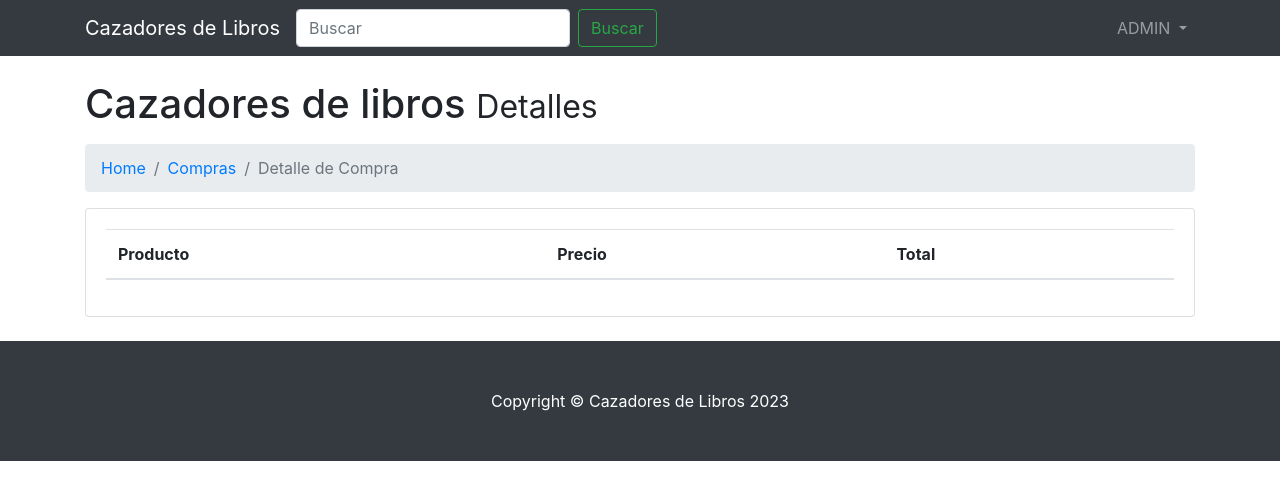
Repository: isaaccalderon89/TFG
Page: http://localhost/administrador/detalleorden
An editor plug-in stored every save of this project. The page is shown before and after the next save, followed by the edit.
The browser window is 1280 px wide. The pictures show the whole page.
The page is this project's Thymeleaf template; nobody is signed in. Other server files are loaded and not shown. The template is opened directly, without the code that normally fills it, so the values that code supplies are empty.

Above is the page before, as saved 2023-05-29 16:57:36.

### CazadoresLibros/cazadoreslibros/src/main/resources/templates/administrador/detalleorden.html
<!DOCTYPE html>
<html lang="es" xmlns:th="http://www.thymeleaf.org">

<head>

  <meta charset="utf-8">
  <meta name="viewport" content="width=device-width, initial-scale=1, shrink-to-fit=no">
  <meta name="description" content="">
  <meta name="author" content="">

  <title>Cazadores de libros</title>


  <!-- Bootstrap core CSS -->
  <link th:href="@{/vendor/bootstrap/css/bootstrap.min.css}" rel="stylesheet">

  <!-- Custom styles for this template -->
  <link th:href="@{/css/heroic-features.css}" rel="stylesheet">

</head>

<body>

  <!-- Navigation -->
	<div th:include="administrador/template_admin.html::header"></div>

    <!-- Page Content -->
    <div class="container">


      <!-- Page Heading/Breadcrumbs -->
      <h1 class="mt-4 mb-3">
        Cazadores de libros <small>Detalles</small>
      </h1>

      <ol class="breadcrumb">
        <li class="breadcrumb-item"><a href="index.html">Home</a></li>
        <li class="breadcrumb-item"><a href="compras.html">Compras</a></li>
        <li class="breadcrumb-item active">Detalle de Compra</li>
      </ol>

      <!-- Blog Post -->
      <div class="card mb-4">
        <div class="card-body">
          <div class="row">
           <div class="col-lg-12">
            <table class="table">
              <thead>
                <tr>
                  <th scope="col">Producto</th>
                  <th scope="col">Precio</th>
                  <th scope="col">Total</th>
                </tr>
              </thead>
              <tbody>
                <tr th:each="detalle:${detalles}">
                <td th:text="${detalle.cantidad}"></td>
                  <td th:text="${detalle.titulo}"></td>
                  <td th:text="${detalle.precio}"></td>
                  <td th:text="${detalle.total}"></td>
                </tr>
              </tbody>
            </table>
          </div>
        </div>
      </div>
    </div>
  </div>
  <!-- /.container -->

  <!-- Footer -->
    <div th:include="administrador/template_admin.html::footer"></div>

    <!-- Bootstrap core JavaScript -->
    <script th:src="@{/vendor/jquery/jquery.min.js}"></script>
    <script th:src="@{/vendor/bootstrap/js/bootstrap.bundle.min.js}"></script>

</body>

</html>

### CazadoresLibros/cazadoreslibros/src/main/resources/templates/administrador/template_admin.html


  <!-- Navigation -->
  <div th:fragment="header">
    <nav class="navbar navbar-expand-lg navbar-dark bg-dark fixed-top">
    <div class="container">
      <a class="navbar-brand" th:href="@{/administrador}">Cazadores de Libros</a>

      <form class="form-inline my-2 my-lg-0" method="post"
      action="#">
      <input class="form-control mr-sm-2" type="search"
      placeholder="Buscar" aria-label="Search" name="nombre"
      autocomplete="off">
      <button class="btn btn-outline-success my-2 my-sm-0" type="submit">Buscar</button>
    </form>


    <button class="navbar-toggler" type="button" data-toggle="collapse" data-target="#navbarResponsive" aria-controls="navbarResponsive" aria-expanded="false" aria-label="Toggle navigation">
      <span class="navbar-toggler-icon"></span>
    </button>
    <div class="collapse navbar-collapse" id="navbarResponsive">
      <ul class="navbar-nav ml-auto">
<li class="nav-item dropdown"><a
							class="nav-link dropdown-toggle" href="#"
							id="navbarDropdownMenuLink" role="button" data-toggle="dropdown"
							aria-haspopup="true" aria-expanded="false"> ADMIN </a>
							<div class="dropdown-menu"
								aria-labelledby="navbarDropdownMenuLink">
								<a class="dropdown-item" th:href="@{/libros}">Libros</a>
								<a class="dropdown-item" th:href="@{/administrador/usuarios}">Usuarios</a>
								<a class="dropdown-item" th:href="@{/administrador/ordenes}">Ordenes</a>
								<a class="dropdown-item" th:href="@{/usuario/cerrar}">Salir</a>
							</div></li>
          </ul>
        </div>
      </div>
    </nav>

  </div>



    <!-- Footer -->
    <div th:fragment="footer">
     <footer class="py-5 bg-dark">
      <div class="container">
        <p class="m-0 text-center text-white">Copyright &copy; Cazadores de Libros 2023</p>
      </div>
      <!-- /.container -->
    </footer>
    </div>

Loaded but not shown: CazadoresLibros/cazadoreslibros/src/main/resources/static/css/heroic-features.css (common file)

After the next save:
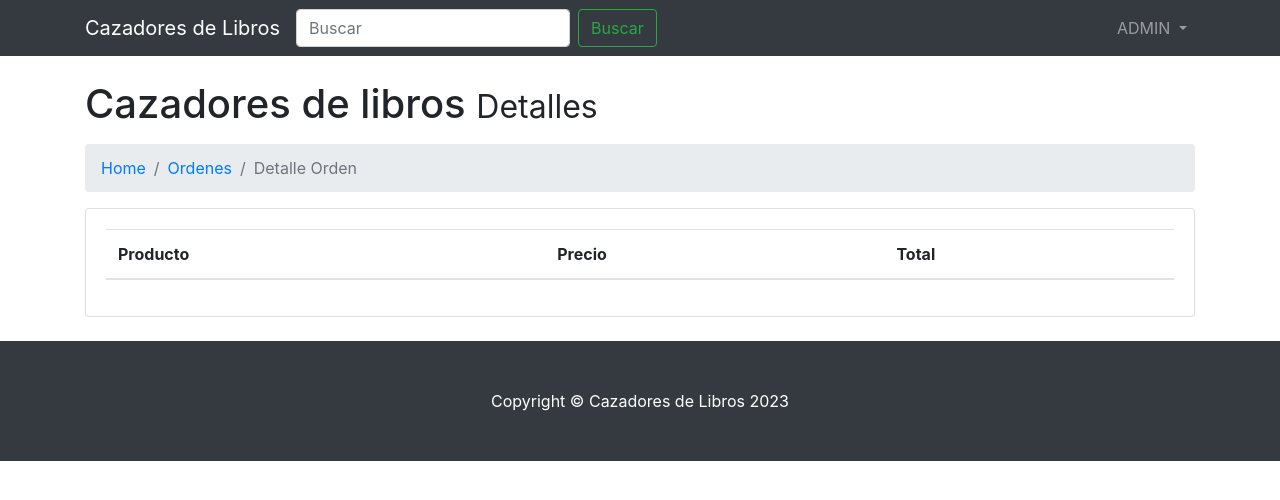
Saved 6 min 3 s later.
--- a/CazadoresLibros/cazadoreslibros/src/main/resources/templates/administrador/detalleorden.html
+++ b/CazadoresLibros/cazadoreslibros/src/main/resources/templates/administrador/detalleorden.html
@@ -34,9 +34,9 @@
       </h1>
 
       <ol class="breadcrumb">
-        <li class="breadcrumb-item"><a href="index.html">Home</a></li>
-        <li class="breadcrumb-item"><a href="compras.html">Compras</a></li>
-        <li class="breadcrumb-item active">Detalle de Compra</li>
+        <li class="breadcrumb-item"><a th:href="@{/}">Home</a></li>
+        <li class="breadcrumb-item"><a th:href="@{/ordenes}">Ordenes</a></li>
+        <li class="breadcrumb-item active">Detalle Orden</li>
       </ol>
 
       <!-- Blog Post -->
